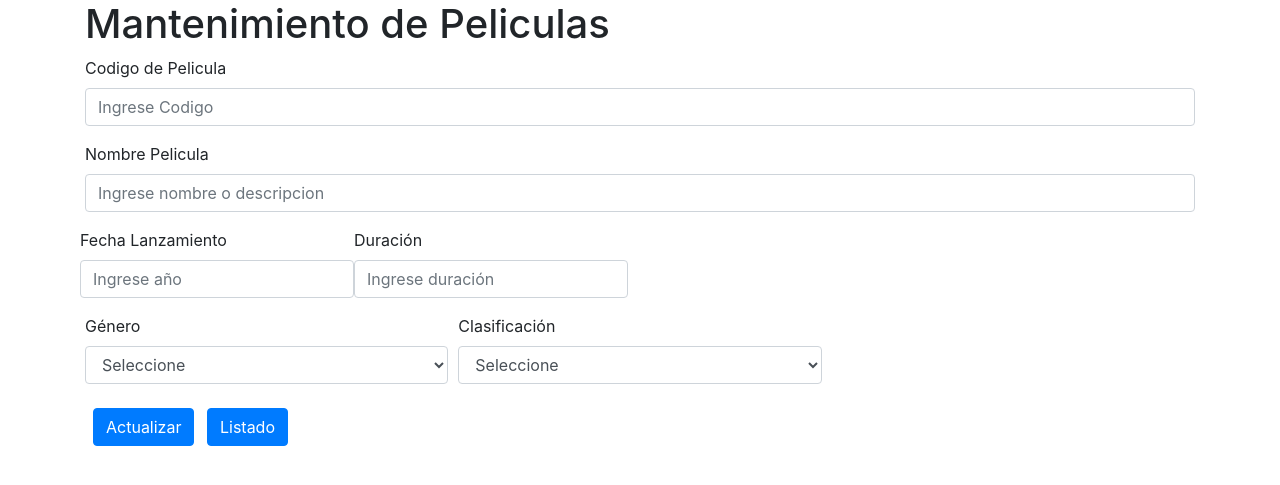
Repository: Adrianzzziny/DAWI_CL2_EscobarAdrian
Page: http://localhost/listado
The author's editor kept a copy of each file at every save. The page is drawn from the files as they stood at one save, then again after the next save.
The browser window is 1280 px wide. The pictures show the whole page.
Some web libraries are served in a nearby version. The page is this project's Thymeleaf template; nobody is signed in. The template is opened directly, without the code that normally fills it, so the values that code supplies are empty.

Above is the page before, as saved 2022-05-26 07:37:22.

### DAWI_CL2_EscobarRodriguezAdrian/src/main/resources/templates/listado.html
<!DOCTYPE html>
<html xmlns:th="http://www.thymeleaf.org">
<head>
<meta charset="UTF-8">
<title>Insert title here</title>
<link rel="stylesheet" href="https://cdn.jsdelivr.net/npm/bootstrap@4.0.0/dist/css/bootstrap.min.css">

</head>
<body>
	<div class="container">



	<h1>Mantenimiento de Peliculas</h1>

	<form action="/peliculas/actualizar" th:object="${pelicula}" method="post">

		<div class="form-group">

			<div class="form-group">

				<label for="inputEmail4">Codigo de Pelicula</label>
				<input th:field="*{idpelicula}"
				type="text"
					class="form-control" id="inputEmail4" placeholder="Ingrese Codigo">

			</div>

		</div>

		<div class="form-group">

			<label for="inputAddress">Nombre Pelicula</label> <input th:field="*{titulo}" type="text"

				class="form-control" id="inputAddress" placeholder="Ingrese nombre o descripcion">

		</div>

		<div class="form-row">

		<div class="form-group">

			<label for="inputAddress">Fecha Lanzamiento</label> <input th:field="*{fecha}" type="text"

				class="form-control" id="inputAddress" placeholder="Ingrese año">

		</div>

		<div class="form-group">

			<label for="inputAddress">Duración</label> <input th:field="*{duracion}" type="text"

				class="form-control" id="inputAddress" placeholder="Ingrese duración">

		</div>





		</div>

		<div class="form-row">

				<div class="form-group col-md-4">

				<label for="inputGenero">Género</label>
				<select id="inputState"	class="form-control" th:field="*{idgenero}">
					<option value="-1">Seleccione</option>
					<option th:each="g : ${lstGeneros}"
							th:value="${g.idgenero}"
							th:text="${g.nombreGenero}"> </option>
				</select>

				</div>

				<div class="form-group col-md-4">

				<label for="inputGenero">Clasificación</label>
				<select id="inputState" class="form-control" th:field="*{idclasificacion}">
					<option value="-1">Seleccione</option>
					<option th:each="c : ${lstClasificacion}"
							th:value="${c.idclasificacion}"
							th:text="${c.nombreClasificacion}"></option>
				</select>

				</div>


		</div>



		<button type="submit" class="btn btn-primary m-2">Actualizar</button>

		<a class="btn btn-primary" href="/peliculas/listar">Listado</a>

	</form>

	<div th:text="${mensaje}"></div>

	</div>
</body>
<script src="https://code.jquery.com/jquery-3.2.1.slim.min.js"></script>
<script src="https://cdn.jsdelivr.net/npm/popper.js@1.12.9/dist/umd/popper.min.js"></script>
<script src="https://cdn.jsdelivr.net/npm/bootstrap@4.0.0/dist/js/bootstrap.min.js"></script>
</html>

After the next save:
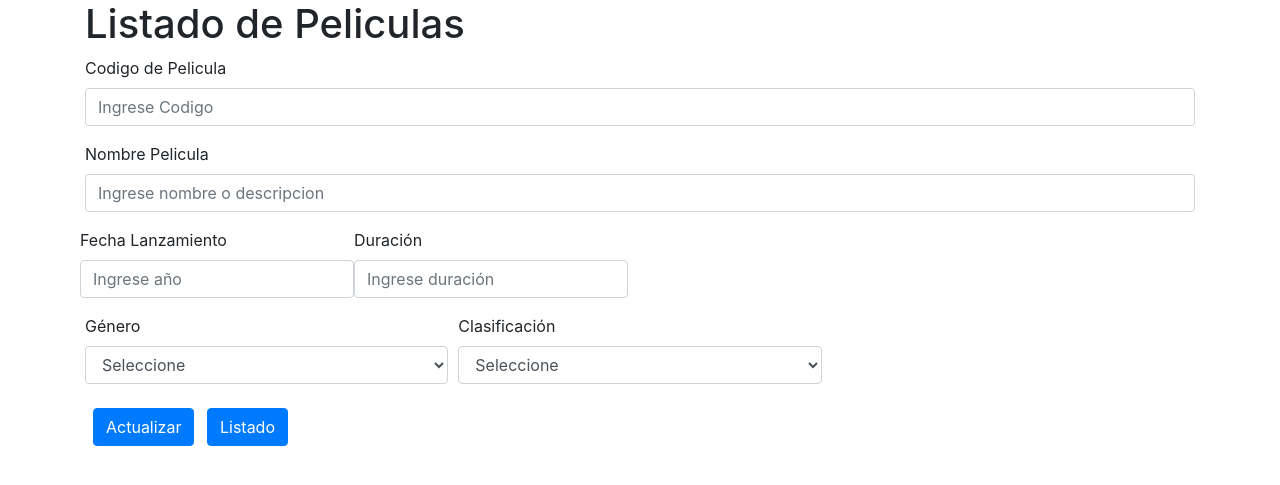
Saved 94 s later.
--- a/DAWI_CL2_EscobarRodriguezAdrian/src/main/resources/templates/listado.html
+++ b/DAWI_CL2_EscobarRodriguezAdrian/src/main/resources/templates/listado.html
@@ -2,7 +2,7 @@
 <html xmlns:th="http://www.thymeleaf.org">
 <head>
 <meta charset="UTF-8">
-<title>Insert title here</title>
+<title>Peliculas | Listado</title>
 <link rel="stylesheet" href="https://cdn.jsdelivr.net/npm/bootstrap@4.0.0/dist/css/bootstrap.min.css">
 
 </head>
@@ -11,7 +11,7 @@
 
 
 
-	<h1>Mantenimiento de Peliculas</h1>
+	<h1>Listado de Peliculas</h1>
 
 	<form action="/peliculas/actualizar" th:object="${pelicula}" method="post">
 
